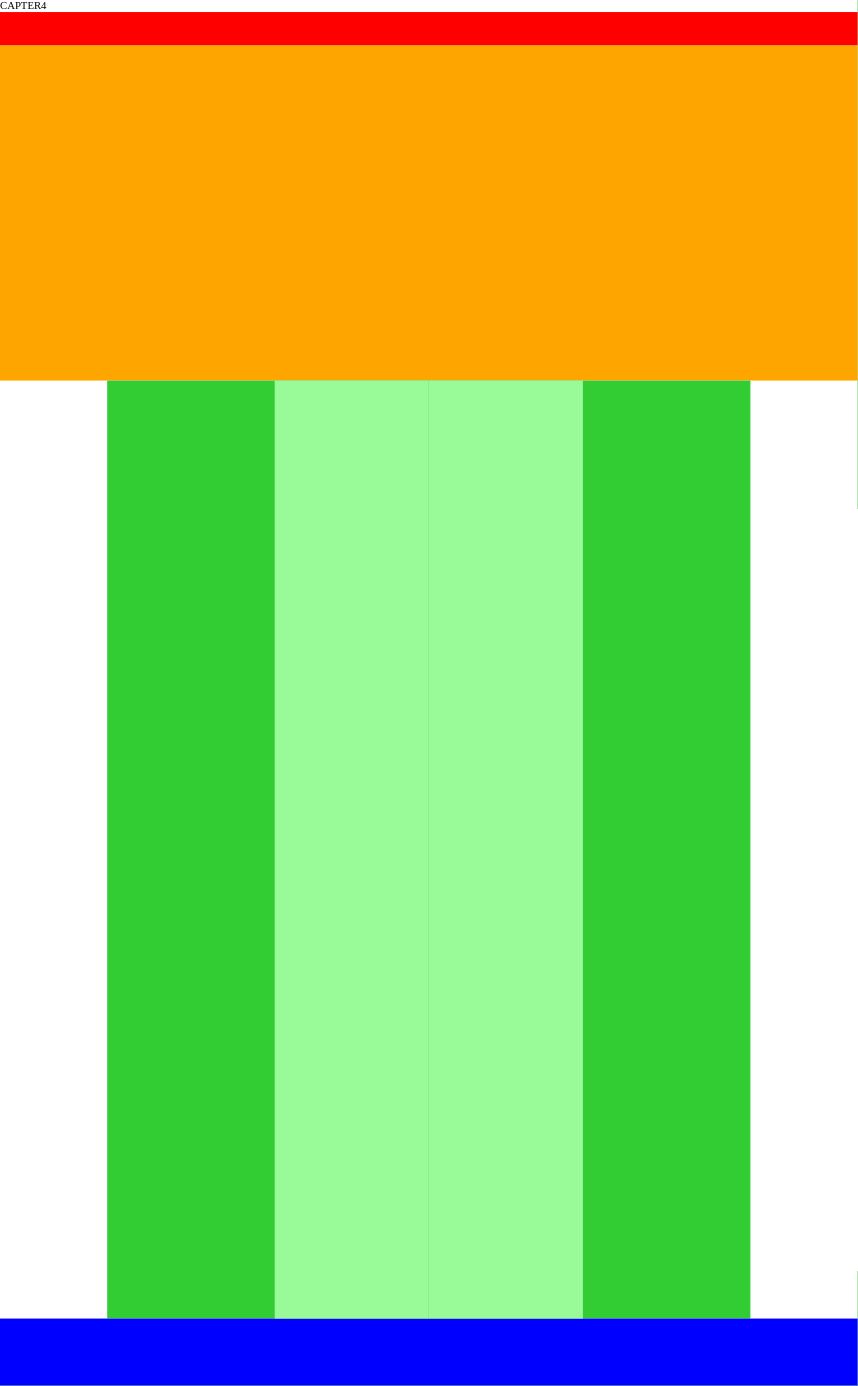
Repository: dsjanainoyo/html
Page: capter4.exercise/capter4.exercize.html
The author's editor kept a record of every edit. The page is drawn from the files as they stood at one moment, then again after the next edit.
The browser window is 1280 px wide. The pictures show the whole page, at 67% of full size.

Above is the page before.

### capter4.exercise/capter4.exercize.html
<!DOCTYPE html>
<html lang="ja">
  <head>
    <meta charset="UTF-8">
    <link rel="stylesheet" href="capter4.exercise.css"
    <title>CAPTER4</title>
  </head>
  <body>
    <div class="header"></div>
    <div class="main-visual"></div>
    <div class="main">
      <div class="sidebar-left"></div>
      <div class="blog"></div>
      <div class="sidebar-right"></div>
    </div>
    <div class="footer"></div>
  </body>

### capter4.exercise/capter4.exercise.css
*{
  margin:0;
  padding:0;
  box-sizing:border-box;
}

.header{
  width:100%;
  height:50px;
  background-color:red;
}

.main-visual{
  width:100%;
  height:500px;
  background-color:orange;
}

.main{
  width:960px;
  height:1400px;
  background-color:limegreen;
  display:flex;
  justify-content:center;
  margin:0 auto;
}

.sidebar-left{
  width:230px;
  height:1400px;
  background-color:palegreen;
}

.sidebar-right{
  width:230px;
  height:1400px;
  background-color:palegreen;
}

.footer{
  width:100%;
  height:100px;
  background-color:blue;
}

After the next edit:
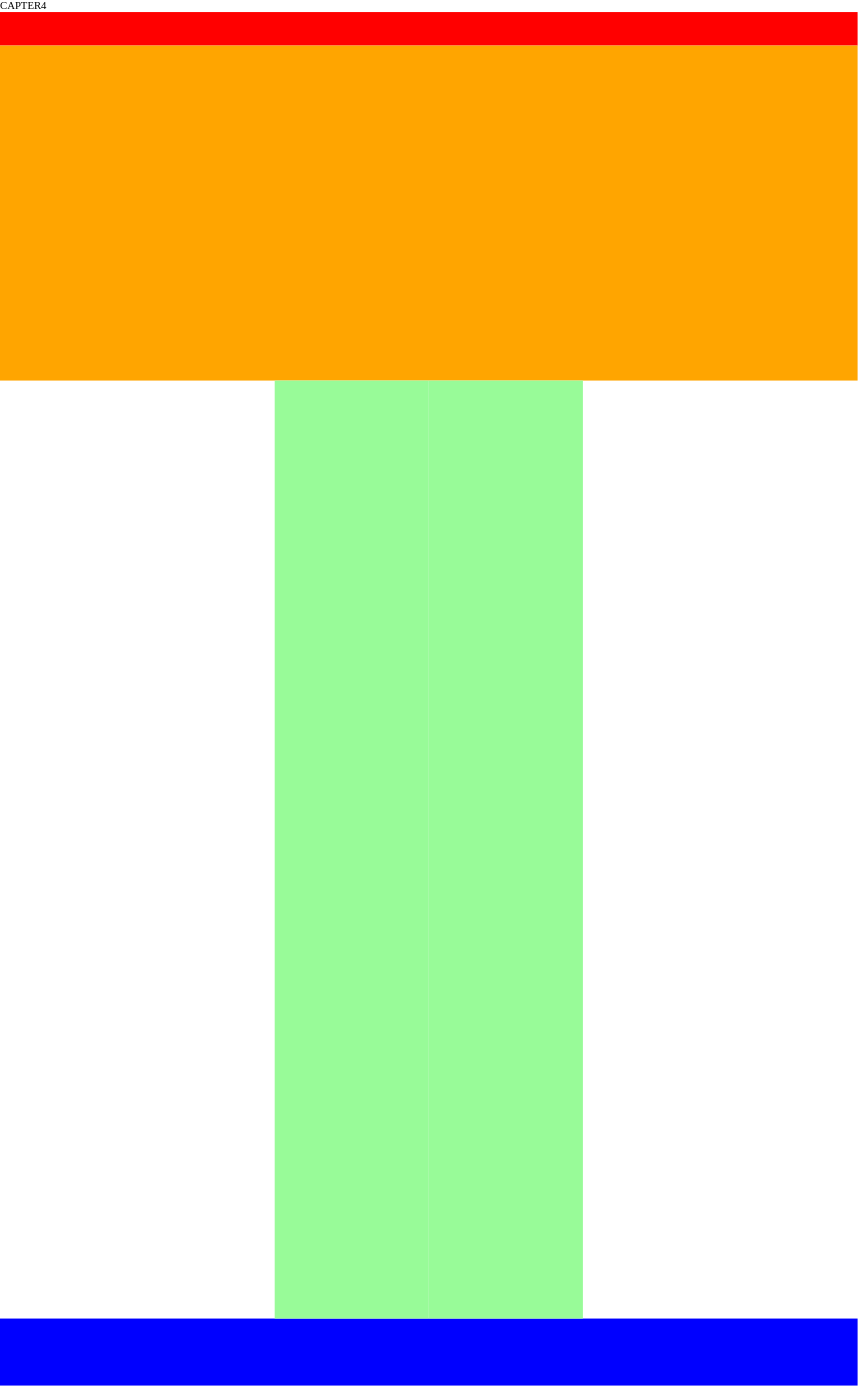
The edit:
--- a/capter4.exercise/capter4.exercise.css
+++ b/capter4.exercise/capter4.exercise.css
@@ -18,8 +18,6 @@
 
 .main{
   width:960px;
-  height:1400px;
-  background-color:limegreen;
   display:flex;
   justify-content:center;
   margin:0 auto;
